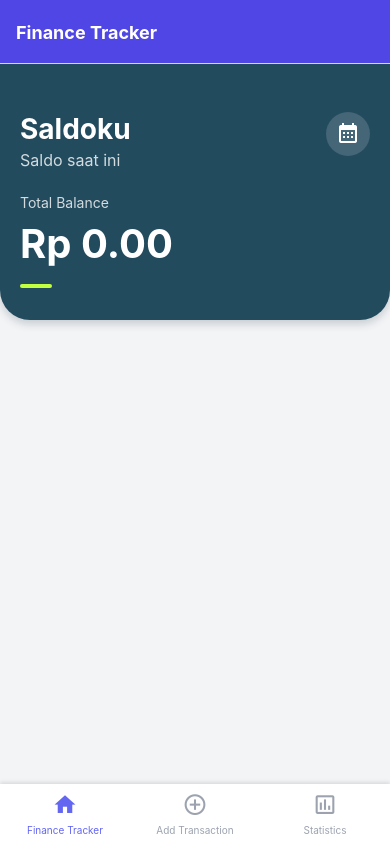
Repository: FarhanAryadi/FinTrack
Screen: /
The author's editor kept a copy of each file at every save. The screen is drawn from the files as they stood at one save, then again after the next save.
The page's requests for data from a server got no answer. The app was drawn by React Native's web renderer in a window 390 px wide. The project was rebuilt for these pictures with package versions that can differ from the ones it lists, and the page was loaded fresh each time. No one was signed in, and anything a server would have sent is missing. Also part of the build but not shown: src/components/common/Button.tsx, src/config.ts, src/services/categoryService.ts, src/components/common/CategoryDropdown.tsx, src/components/common/CurrencyInput.tsx, src/components/common/Input.tsx, src/services/transactionService.ts, src/screens/AddTransactionScreen.tsx and 3 more.

Above is the screen before, as saved 2025-03-06 15:00:13.

After the next save:
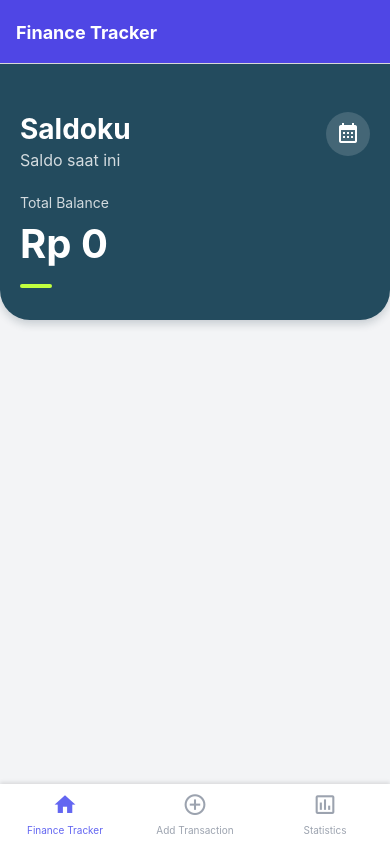
Saved 7 s later.
--- a/src/components/common/Header.tsx
+++ b/src/components/common/Header.tsx
@@ -37,7 +37,7 @@ export const Header: React.FC<HeaderProps> = ({
 			{amount !== undefined && (
 				<View style={styles.amountContainer}>
 					<Text style={styles.amountLabel}>Total Balance</Text>
-					<Text style={styles.amount}>Rp {amount.toFixed(2)}</Text>
+					<Text style={styles.amount}>Rp {amount}</Text>
 					<View style={styles.indicator} />
 				</View>
 			)}
